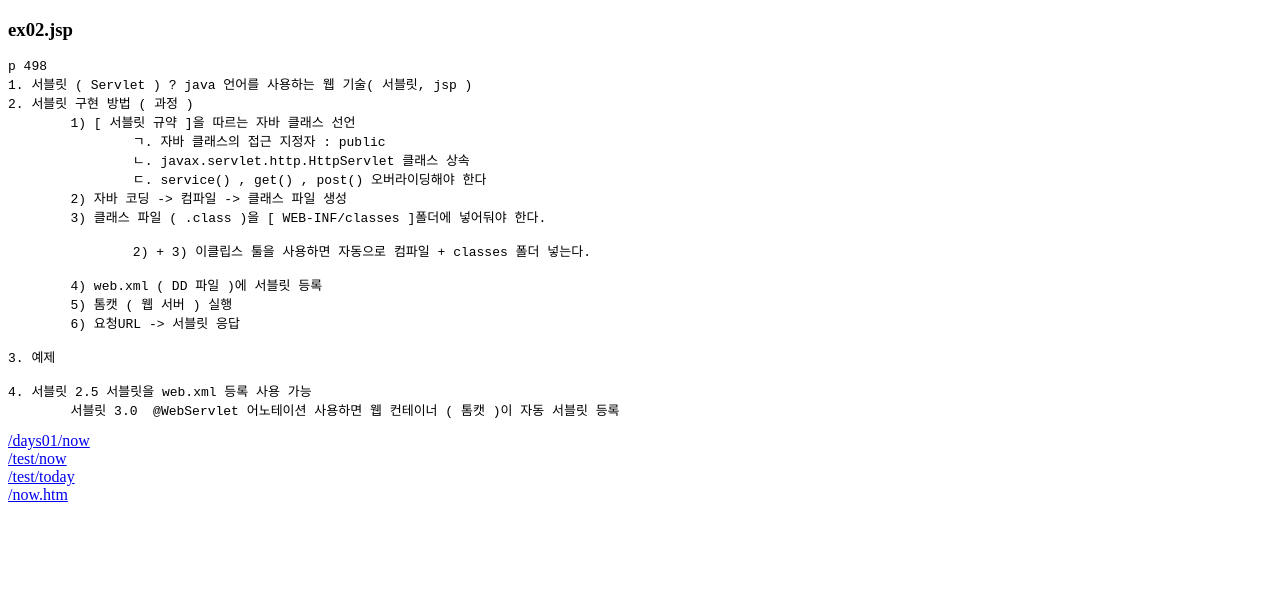
Repository: JavaYoo/kakao-emoticon-web-clone
Page: http://localhost/jspPro/days02/ex02.jsp
An editor plug-in stored every save of this project. The page is shown before and after the next save, followed by the edit.
The browser window is 1280 px wide. The pictures show the whole page.
The page is served by Tomcat 9.

Above is the page before, as saved 2022-06-15 02:23:19.

After the next save:
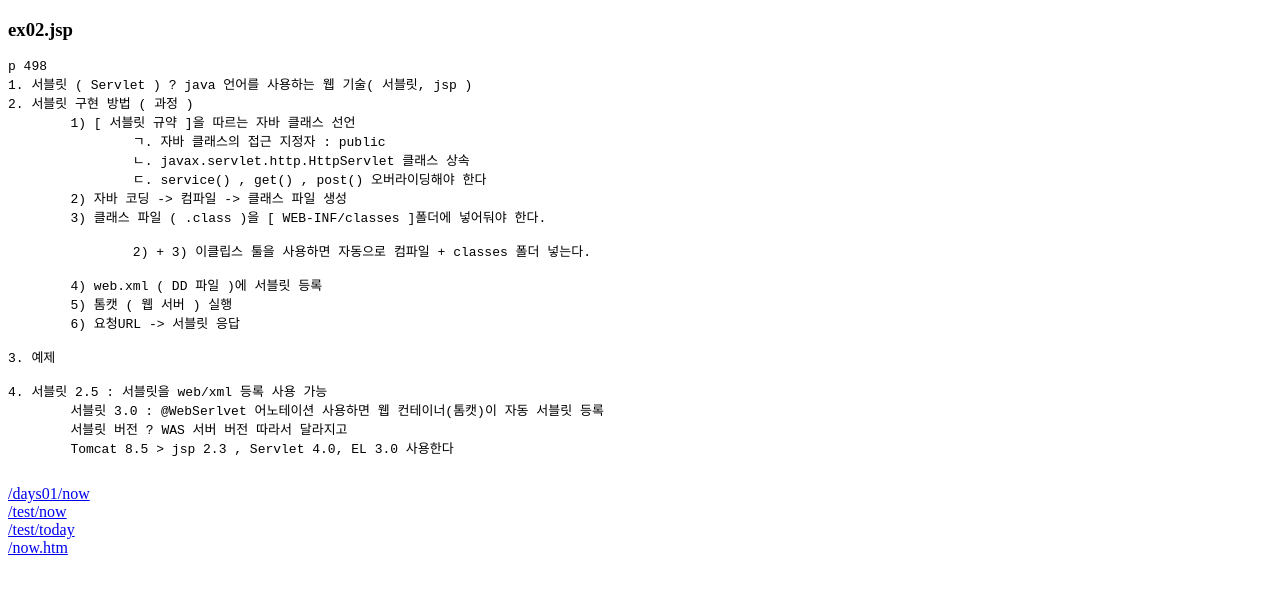
Saved 3 min 27 s later.
--- a/jspPro/src/main/webapp/days02/ex02.jsp
+++ b/jspPro/src/main/webapp/days02/ex02.jsp
@@ -30,8 +30,11 @@ p 498
 
 3. 예제
 
-4. 서블릿 2.5 서블릿을 web.xml 등록 사용 가능
-	서블릿 3.0  @WebServlet 어노테이션 사용하면 웹 컨테이너 ( 톰캣 )이 자동 서블릿 등록
+4. 서블릿 2.5 : 서블릿을 web/xml 등록 사용 가능
+        서블릿 3.0 : @WebSerlvet 어노테이션 사용하면 웹 컨테이너(톰캣)이 자동 서블릿 등록
+        서블릿 버전 ? WAS 서버 버전 따라서 달라지고
+        Tomcat 8.5 > jsp 2.3 , Servlet 4.0, EL 3.0 사용한다
+
 </pre>
 
 <a href="http://localhost/jspPro/days01/now">/days01/now</a><br>
